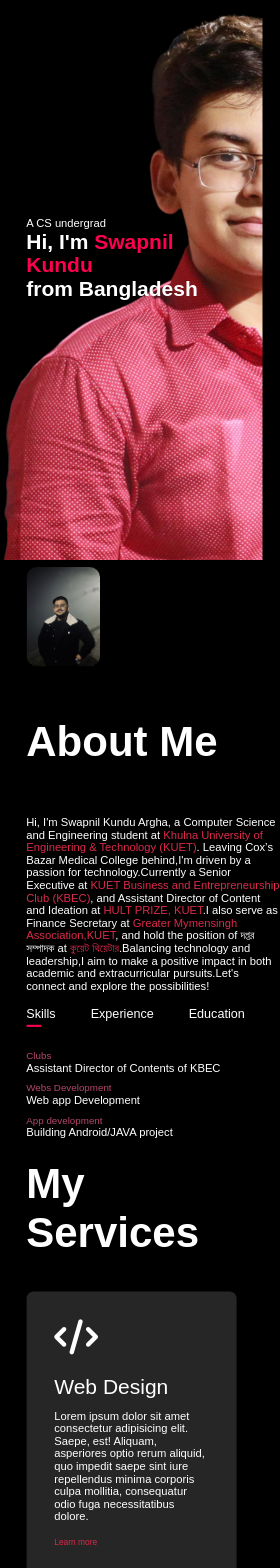
Repository: SwapnilKundu/portfolio
Page: index.html
The author's editor kept a copy of each file at every save. The page is drawn from the files as they stood at one save, then again after the next save.
The browser window is 375 px wide. The page is 400 px wide, so the pictures cover 400 px, including what lies to the right of the window. The pictures show the part of the page from y = 0 to 2240 px (the page is 5790 px tall), at 70% of full size.
Some web libraries are served in a nearby version.

Above is the page before, as saved 2024-01-20 23:41:49.

After the next save:
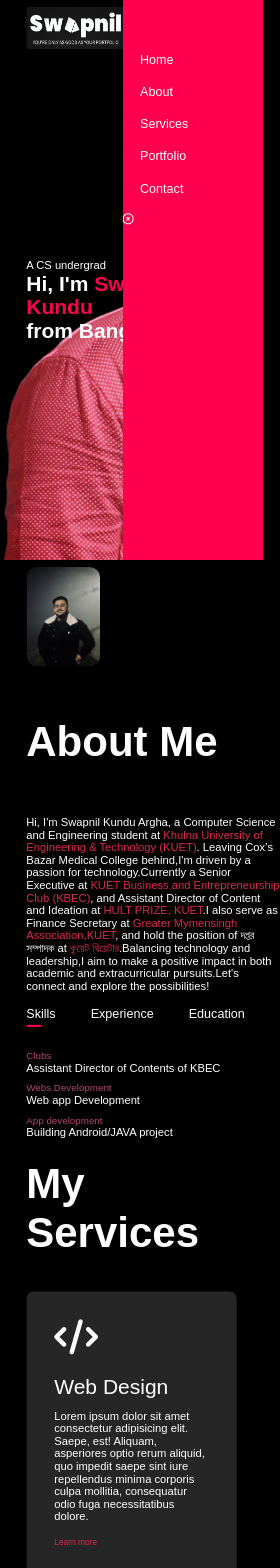
Saved 8 s later.
--- a/style.css
+++ b/style.css
@@ -408,9 +408,7 @@
         font-size: 30px;
     }
 
-    nav {
-        display: none;
-    }
+
 
     nav.fas {
         display: block;

After the save that followed:
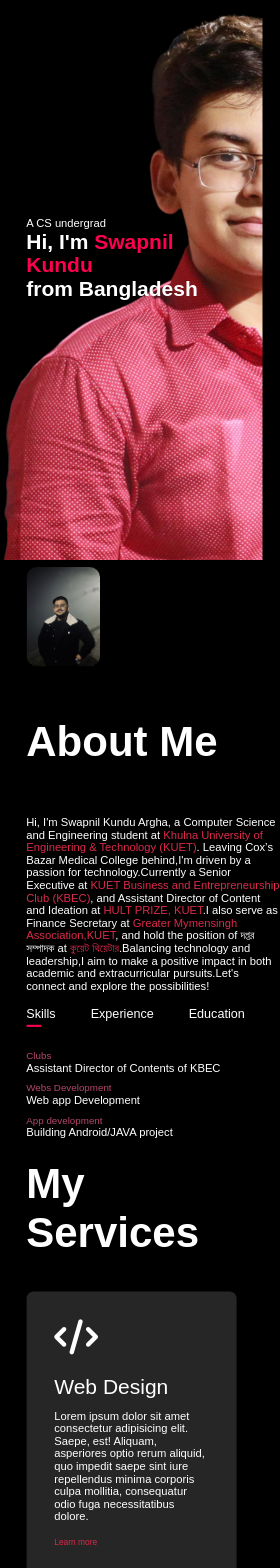
Saved 32 s later.
--- a/style.css
+++ b/style.css
@@ -408,7 +408,9 @@
         font-size: 30px;
     }
 
-
+    nav {
+        display: none;
+    }
 
     nav.fas {
         display: block;
